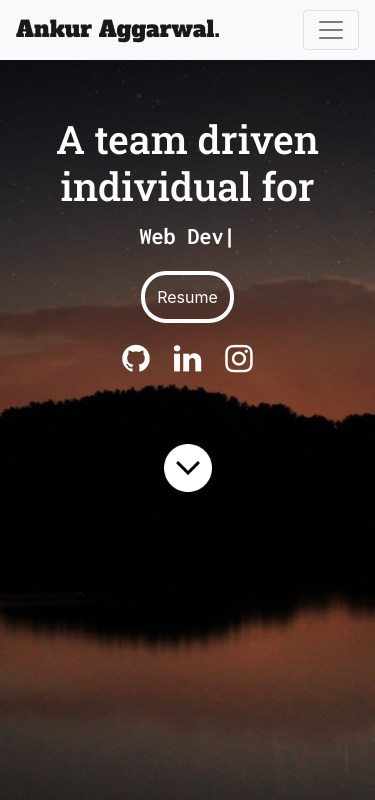
Repository: AnkurDevv/PersonalWebsite
Page: index.html
An editor plug-in stored every save of this project. The page is shown before and after the next save, followed by the edit.
The browser window is 375 px wide. The pictures show the whole page.

Above is the page before, as saved 2020-09-13 17:15:47.

### index.html
<!DOCTYPE html>
<html>

<head>
  <meta charset="utf-8">
  <meta http-equiv="X-UA-Compatible" content="IE=edge">
  <title>Ankur Aggarwal</title>
  <meta name="description" content="">
  <meta name="viewport" content="width=device-width, initial-scale=1">
  <!-- FONT AWESOME FOR SOCIAL MEDIA ICONS -->
  <link rel="stylesheet" href="https://cdnjs.cloudflare.com/ajax/libs/font-awesome/4.7.0/css/font-awesome.min.css">
  <!-- Importing Bootstrap here -->
  <link rel="stylesheet" href="https://stackpath.bootstrapcdn.com/bootstrap/4.4.1/css/bootstrap.min.css"
    integrity="sha384-Vkoo8x4CGsO3+Hhxv8T/Q5PaXtkKtu6ug5TOeNV6gBiFeWPGFN9MuhOf23Q9Ifjh" crossorigin="anonymous">
  <!--CUSTOM CSS FOR THE PAGE  -->
  <link rel="stylesheet" href="./style/index.css">
  <!-- FOR COOL ANIMATION EFFECTS -->
  <link rel="stylesheet" href="./style/animate.css">
  <!-- FOR COOL TYPING EFFECTS -->
  <script src="https://cdn.jsdelivr.net/npm/typed.js@2.0.11"></script>
  <!-- FOR GOOGLE FONTS - START -->
  <!-- for main heading -->
  <link
    href="https://fonts.googleapis.com/css2?family=Merienda:wght@700&family=Pacifico&family=Roboto&family=Roboto+Slab:wght@500&display=swap"
    rel="stylesheet">
  <!-- For Sub heading -->
  <link
    href="https://fonts.googleapis.com/css2?family=Inconsolata:wght@700&family=Merienda:wght@700&family=Pacifico&family=Roboto&family=Roboto+Slab:wght@500&display=swap"
    rel="stylesheet">
  <!-- For Navbar Logo -->
  <link href="https://fonts.googleapis.com/css2?family=Alfa+Slab+One&display=swap" rel="stylesheet">
  <!-- FOR GOOGLE FONTS - END -->
</head>

<body>
  <header>
    <nav class="navbar navbar-expand-lg navbar-light bg-light">
      <a class="navbar-brand" id="Brand-logo">Ankur Aggarwal.</a>
      <button class="navbar-toggler" type="button" data-toggle="collapse" data-target="#navbarNav"
        aria-controls="navbarNav" aria-expanded="false" aria-label="Toggle navigation">
        <span class="navbar-toggler-icon"></span>
      </button>
      <div class="collapse navbar-collapse" id="navbarNav">
        <ul class="navbar-nav">
          <li class="nav-item active">
            <a class="nav-link" href="#">Home</a>
          </li>
          <li class="nav-item active">
            <a class="nav-link" href="#">About</a>
          </li>
          <!-- <li class="nav-item active">
            <a class="nav-link" href="#">Why Me?</a>
          </li> -->
          <li class="nav-item active">
            <a class="nav-link" href="#">Skills</a>
          </li>
          <li class="nav-item active">
            <a class="nav-link" href="#">Projects</a>
          </li>
          <li class="nav-item active">
            <a class="nav-link" href="#">Contact</a>
          </li>
        </ul>
      </div>
    </nav>


    <!-- FIRST IMPRESSION SECTION - START -->
    <section class="first-impression-section">
      <div class="row first-impression-row">
        <h1 class="text-center animated fadeInDown" id="MainNameHeading">A team driven individual for
        </h1>
      </div>
      <div class="row">
        <h3 id="MainSubHeading">
          <span id="typed" style="white-space:pre;"></span>
          <!-- <span class="typed-cursor typed-cursor--blink">|</span> -->
        </h3>
      </div>

      <!-- RESUME BUTTON - START -->
      <div class="row" id="ResumeDiv">
        <a type="button" href="https://drive.google.com/file/d/129eEq26ATzqey1-hpHnRXs40bzbBVkSX/view?usp=sharing"
          target="blank" class="btn btn-primary" id="ResumeBtn">Resume</a>
      </div>
      <!-- RESUME BUTTON - END -->

      <!-- SOCIAL LINKS -->
      <div class="socialLinksDiv">
        <!-- github link -->
        <a href="https://github.com/AnkurDevv" target="blank" class="social-link"><i
            class="fa fa-github fa-2x text-white"></i></a>
        <!-- linkedin link -->
        <a href="https://www.linkedin.com/in/ankur-aggarwal2112/" target="blank" class="social-link"><i
            class="fa fa-linkedin fa-2x text-white"></i></a>
        <!-- instagram link -->
        <a href="https://www.instagram.com/ankur_2112/?hl=en" target="blank" class="social-link"><i
            class="fa fa-instagram fa-2x text-white"></i></a>
      </div>

      <!-- SCROLL DOWN INDICATOR -->
      <div class="scrollDownDiv">
        <a href="">
          <img src="images/downward Arrow.png" alt="" id="scroll-down-arrow" class="fadeUp">
        </a>
      </div>
    </section>
    <!-- FIRST IMPRESSION SECTION - END -->


  </header>

  <script>
    // JS FOR COOL TYPING EFFECT USING TYPE.JS -  START
    var options = {
      strings: ['Web Development.', 'Software Engineering.', 'Product Development.'],
      typeSpeed: 100,
      loop: true,
      backDelay: 800,
      backSpeed: 80,
      startDelay: 1000,
    };
    var typed = new Typed('#typed', options);
// JS FOR COOL TYPING EFFECT USING TYPE.JS -  END
  </script>

  <!-- NECESSARY JS FOR BOOTSTRAP - START -->
  <script src="https://code.jquery.com/jquery-3.4.1.slim.min.js"
    integrity="sha384-J6qa4849blE2+poT4WnyKhv5vZF5SrPo0iEjwBvKU7imGFAV0wwj1yYfoRSJoZ+n"
    crossorigin="anonymous"></script>
  <script src="https://cdn.jsdelivr.net/npm/popper.js@1.16.0/dist/umd/popper.min.js"
    integrity="sha384-Q6E9RHvbIyZFJoft+2mJbHaEWldlvI9IOYy5n3zV9zzTtmI3UksdQRVvoxMfooAo"
    crossorigin="anonymous"></script>
  <script src="https://stackpath.bootstrapcdn.com/bootstrap/4.4.1/js/bootstrap.min.js"
    integrity="sha384-wfSDF2E50Y2D1uUdj0O3uMBJnjuUD4Ih7YwaYd1iqfktj0Uod8GCExl3Og8ifwB6"
    crossorigin="anonymous"></script>
  <!-- NECESSARY JS FOR BOOTSTRAP - END -->

  <!-- ADDING JQUERY - START -->
  <script src="https://ajax.googleapis.com/ajax/libs/jquery/3.5.1/jquery.min.js"></script>
  <!-- ADDING JQUERY - END -->

  <!-- CUSTOM JS FOR THE PAGE - START  -->
  <script src="index.js"></script>
  <!-- CUSTOM JS FOR THE PAGE - END  -->
</body>

</html>

### style/index.css
body{
  margin-left: 0;
  margin-right: 0;
}

/* NAVBAR CSS - START */

#Brand-logo{
  font-family: 'Alfa Slab One', cursive;
  font-size: 270%;
}

.navbar-nav{
  margin-left: auto;
}

.nav-link{
  font-size: 155%;
  font-weight: 700;
  padding: 2vw!important;
}

@media only screen and (max-width: 992px) {
  .nav-link{
    text-align: center;
  }
}

@media only screen and (max-width: 600px) {

  #Brand-logo{
    font-size: 140%;
  }

  .navbar-nav{
    height: 100vh;
  }

  .nav-link{
    margin: 5vh auto;
  }

}

/* NAVBAR CSS - END */

/* FIRST IMPRESSION SECTION CSS - START */
header{
  height: 100vh; /* Takes 100% of the screen size */
  background: linear-gradient(rgba(0, 0, 0, 0.9), rgba(0, 0, 0, 0)), url(../images/sunset_skyline_lake_reflection_114025_1920x1080.jpg)no-repeat center center fixed;
  background-position: center;
  overflow: hidden;
  backdrop-filter: blur(10px);
}

#MainNameHeading{
  margin: 0 auto;
  margin-top: 12vh;
  font-size: 395%;
  color: white;
  font-family: 'Roboto Slab', serif;
  padding-bottom: 3%;
}

#MainSubHeading{
  margin: 0 auto;
  color: white;
  text-align: -webkit-center;
  font-family: 'Inconsolata', monospace;
  font-size: xx-large;
}

#ResumeBtn{
  -webkit-appearance: button;
  -moz-appearance: button;
  appearance: button;
  margin: 5% auto;
  margin-bottom: 2%;
  padding: 10px 3%;
  background-color: transparent;
  border: 4px solid white;
  border-radius: 25px;
}

#ResumeBtn:hover{
  background-color: white;
  color: black;
  font-weight: 700;
  font-size: 130%;
}

.socialLinksDiv{
  display: flex;
  justify-content: center;
  margin-bottom: 2%;
}

.social-link{
  margin: 12px;
}

.scrollDownDiv{
  display: flex;
  justify-content: center;
}

#scroll-down-arrow{
  display: none;
  max-width: 8vh;
}
                /* ADD A FLCIKER ANIMATION TO SCROLL DOWN IMG */

@keyframes flickerAnimation {
  0%   { opacity:1; }
  50%  { opacity:0; }
  100% { opacity:1; }
}
@-o-keyframes flickerAnimation{
  0%   { opacity:1; }
  50%  { opacity:0; }
  100% { opacity:1; }
}
@-moz-keyframes flickerAnimation{
  0%   { opacity:1; }
  50%  { opacity:0; }
  100% { opacity:1; }
}
@-webkit-keyframes flickerAnimation{
  0%   { opacity:1; }
  50%  { opacity:0; }
  100% { opacity:1; }
}

.animate-flicker {
  -webkit-animation: flickerAnimation 1s infinite;
  -moz-animation: flickerAnimation 1s infinite;
  -o-animation: flickerAnimation 1s infinite;
   animation: flickerAnimation 1s infinite;
}

            /* ADD A FLCIKER ANIMATION TO SCROLL DOWN IMG */

@media only screen and (max-width: 600px) {
  #scroll-down-arrow{
    max-width: 6vh;
    display: none;
  }
  #MainNameHeading{
    font-size: 245%;
    margin-top: 7vh;
  }
  #MainSubHeading{
    font-size: x-large;
  }
  .socialLinksDiv{
    margin-bottom: 15%;
  }
}
/* FIRST IMPRESSION SECTION CSS - ENDS */

### index.js
// CHANGING NAVBAR COLOR WHEN A USER HOVERS OVER A LINK
$(document).ready(function () {

  // makes nav transparent when user hovers on a link
  $(".nav-link").hover(function () {
    $('.navbar').addClass('bg-dark').removeClass('bg-light');
    $('#Brand-logo').css("color", "white");
    $('.nav-link').css("color", "white");
    $('.navbar-toggler').css("color", "white");
  });

  // makes nav non-transparent when user hovers on a link
  $(".navbar").mouseleave(function () {
    $('.navbar').addClass('bg-light').removeClass('bg-dark');
    $('#Brand-logo').css("color", "black");
    $('.nav-link').css("color", "black");
    $('.navbar-toggler').css("color", "black");
  });

  // show the downward arrow after 3 secs
  setTimeout(function () {
    $('#scroll-down-arrow').css("display", "block");
  }, 3000);

});

Loaded but not shown: style/animate.css (library)

After the next save:
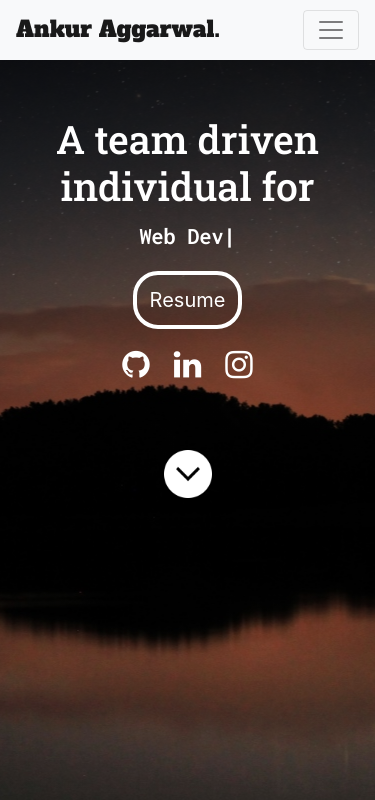
Saved 3 min 17 s later.
--- a/style/index.css
+++ b/style/index.css
@@ -141,6 +141,7 @@ header{
             /* ADD A FLCIKER ANIMATION TO SCROLL DOWN IMG */
 
 @media only screen and (max-width: 600px) {
+
   #scroll-down-arrow{
     max-width: 6vh;
     display: none;
@@ -152,6 +153,9 @@ header{
   #MainSubHeading{
     font-size: x-large;
   }
+  #ResumeBtn {
+    font-size: 125%;
+  }
   .socialLinksDiv{
     margin-bottom: 15%;
   }
